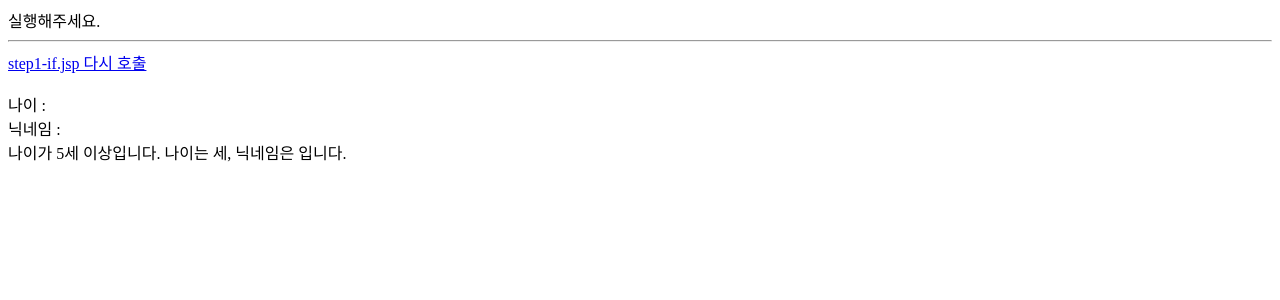
Repository: Dog-voice/king
Page: http://localhost/web_study/step1-if.jsp
The author's editor kept a copy of each file at every save. The page is drawn from the files as they stood at one save, then again after the next save.
The browser window is 1280 px wide. The pictures show the whole page.
The page is served by Tomcat 9.

Above is the page before, as saved 2022-08-16 05:53:55.

After the next save:
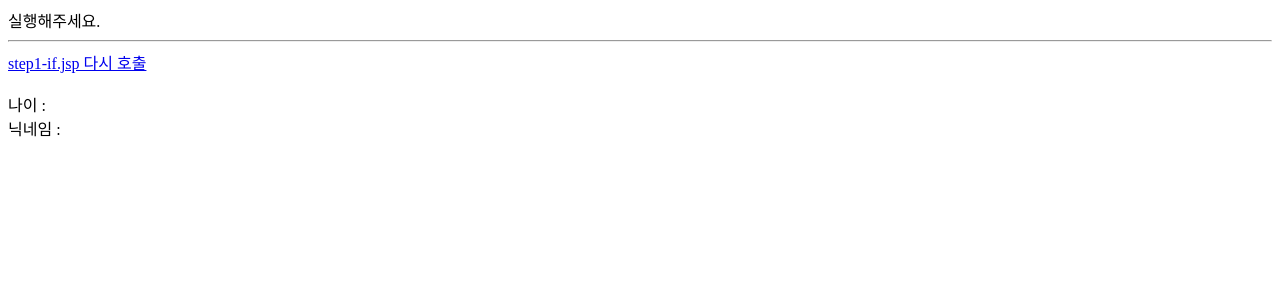
Saved 17 s later.
--- a/게시글등록(1)/web_study/src/main/webapp/step1-if.jsp
+++ b/게시글등록(1)/web_study/src/main/webapp/step1-if.jsp
@@ -1,6 +1,7 @@
 <%@ page language="java" contentType="text/html; charset=UTF-8"
     pageEncoding="UTF-8"%>
  <!--  JSTL 선언부 -->
+ <%@ taglib prefix="c" uri="http://java.sun.com/jsp/jstl/core" %>
 <!DOCTYPE html>
 <html>
 <head>
